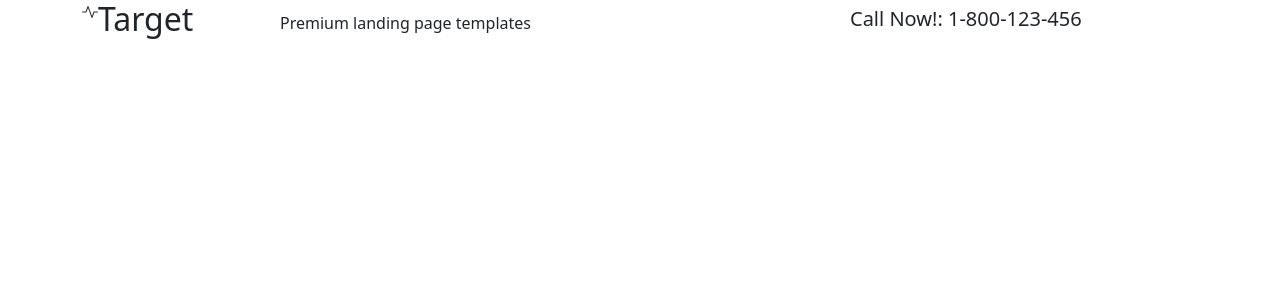
Repository: lyvandat/dh---bootstrap1
Page: index.html
The author's editor kept a copy of each file at every save. The page is drawn from the files as they stood at one save, then again after the next save.
The browser window is 1280 px wide. The pictures show the whole page.
Some web libraries are served in a nearby version.

Above is the page before, as saved 2022-10-27 15:14:50.

After the next save:
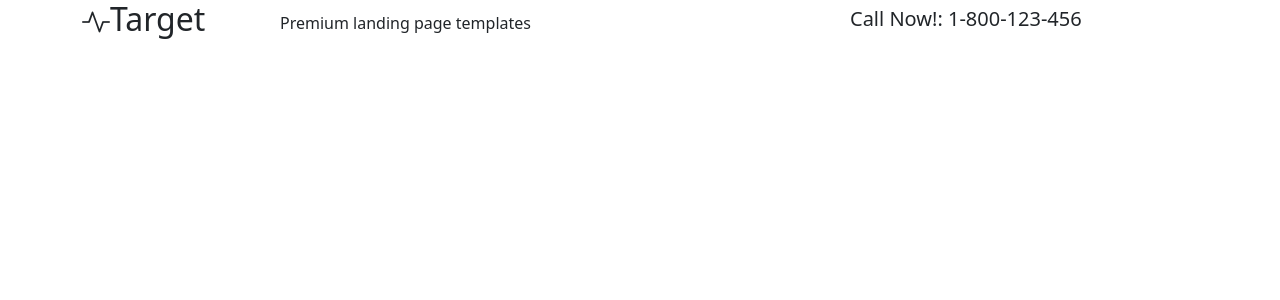
Saved 13 s later.
--- a/index.html
+++ b/index.html
@@ -22,7 +22,7 @@
     <div class="container header align-items-center">
       <div class="row">
         <div class="col-2 d-inline-flex me-2">
-          <i class="bi bi-activity"></i>
+          <i class="bi bi-activity fs-3"></i>
           <h2>Target</h2>
         </div>
         <div class="col-6 d-flex align-items-center">
